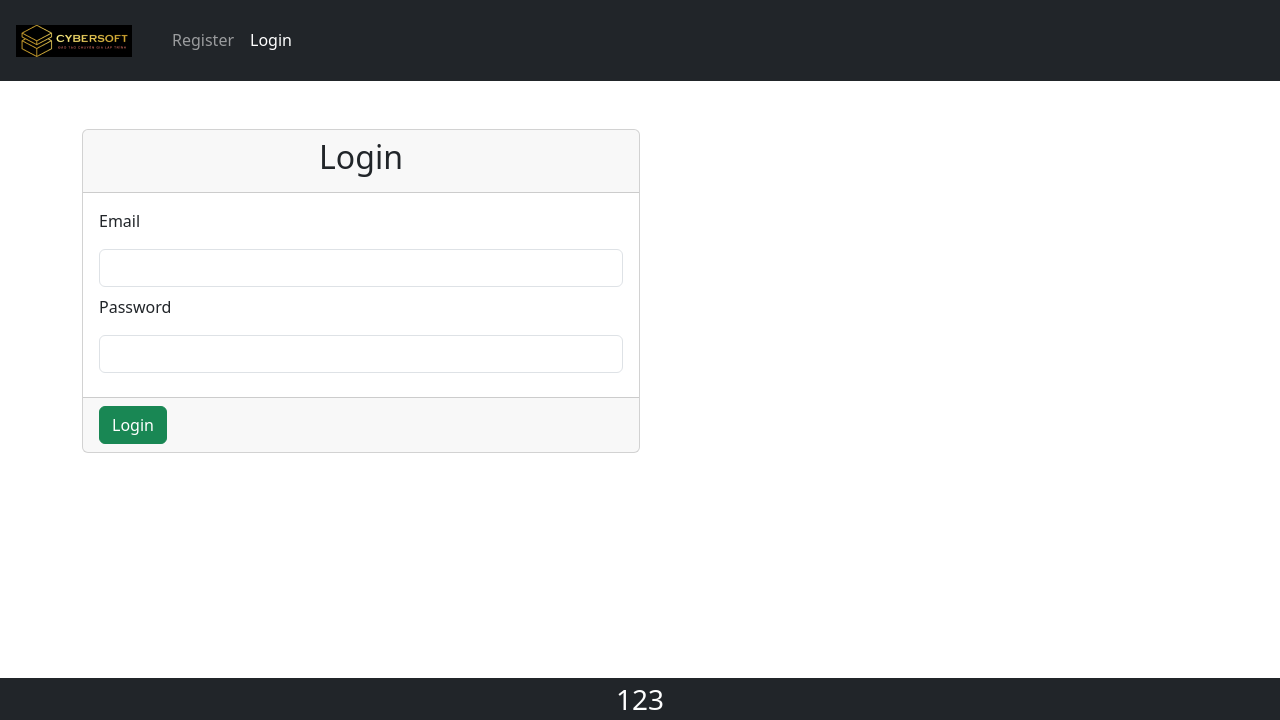
Repository: KhoiNguyen77/react-capstone
Page: /login
These files come from the project's save history. The page is drawn as it stood at one moment and after the next save; the edit follows.
The browser window is 1280 px wide. The pictures show the whole page.
The project was rebuilt for these pictures with package versions that can differ from the ones it lists, and the page was loaded fresh each time. Also part of the build but not shown: src/util/config.jsx, src/Redux/Reducer/userReducer.jsx, src/pages/Register.jsx.

Above is the page before, as saved 2023-06-15 16:01:00.

After the next save:
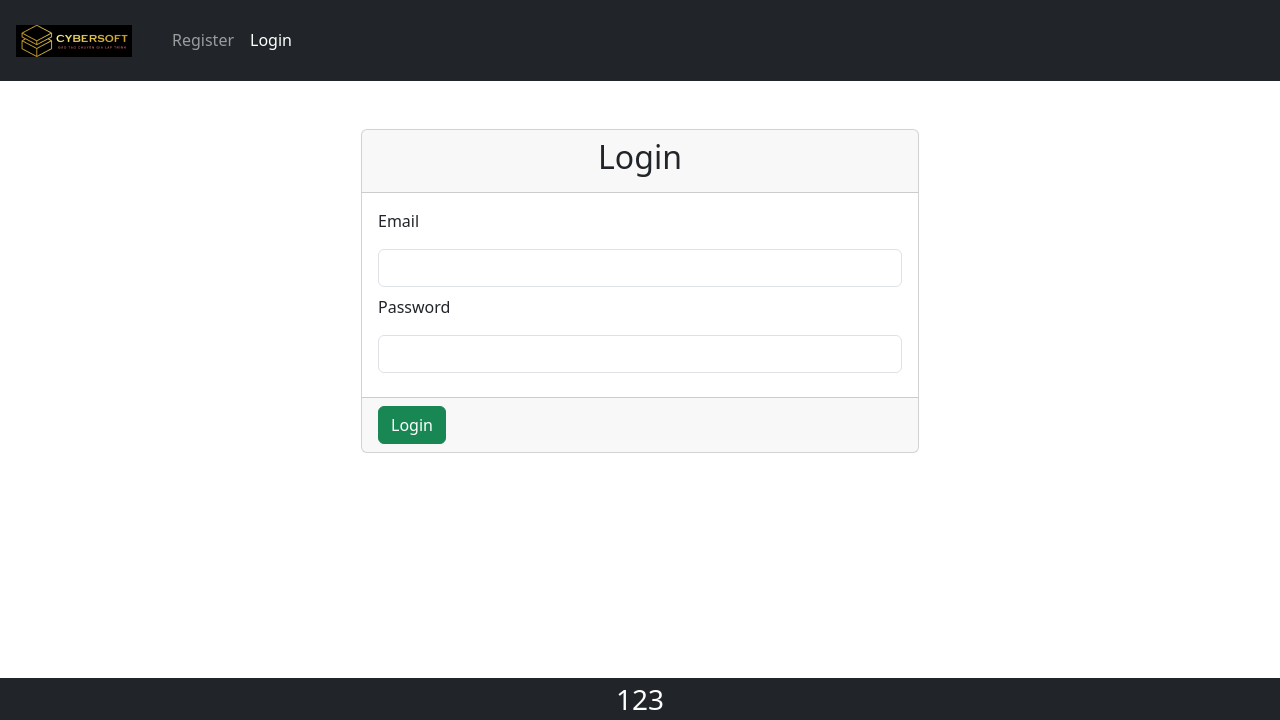
Saved 5 s later.
--- a/src/pages/Login.jsx
+++ b/src/pages/Login.jsx
@@ -3,7 +3,7 @@
 const Login = () => {
     return (
         <div className='container mt-5'>
-            <form className='card form-group w-50'>
+            <form className='card form-group w-50 mx-auto'>
                 <div className="card-header">
                     <h2 className='text-center'>Login</h2>
                 </div>
